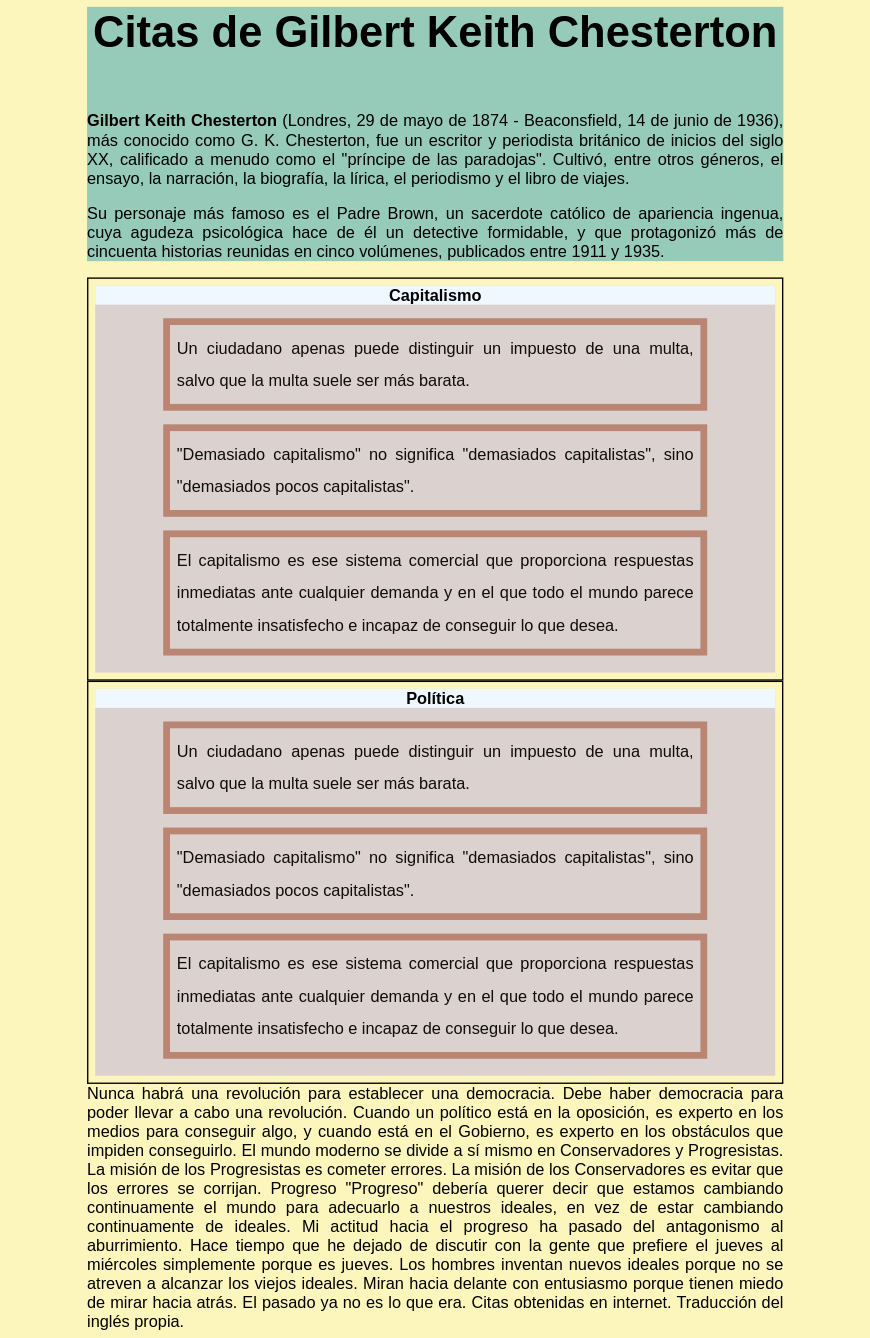
Repository: EmilyMachuca-Developer/Advanced-Programming-Projects
Page: index.html
An editor plug-in stored every save of this project. The page is shown before and after the next save, followed by the edit.
The browser window is 1280 px wide. The pictures show the whole page, at 68% of full size.

Above is the page before, as saved 2024-02-26 20:39:20.

After the next save:
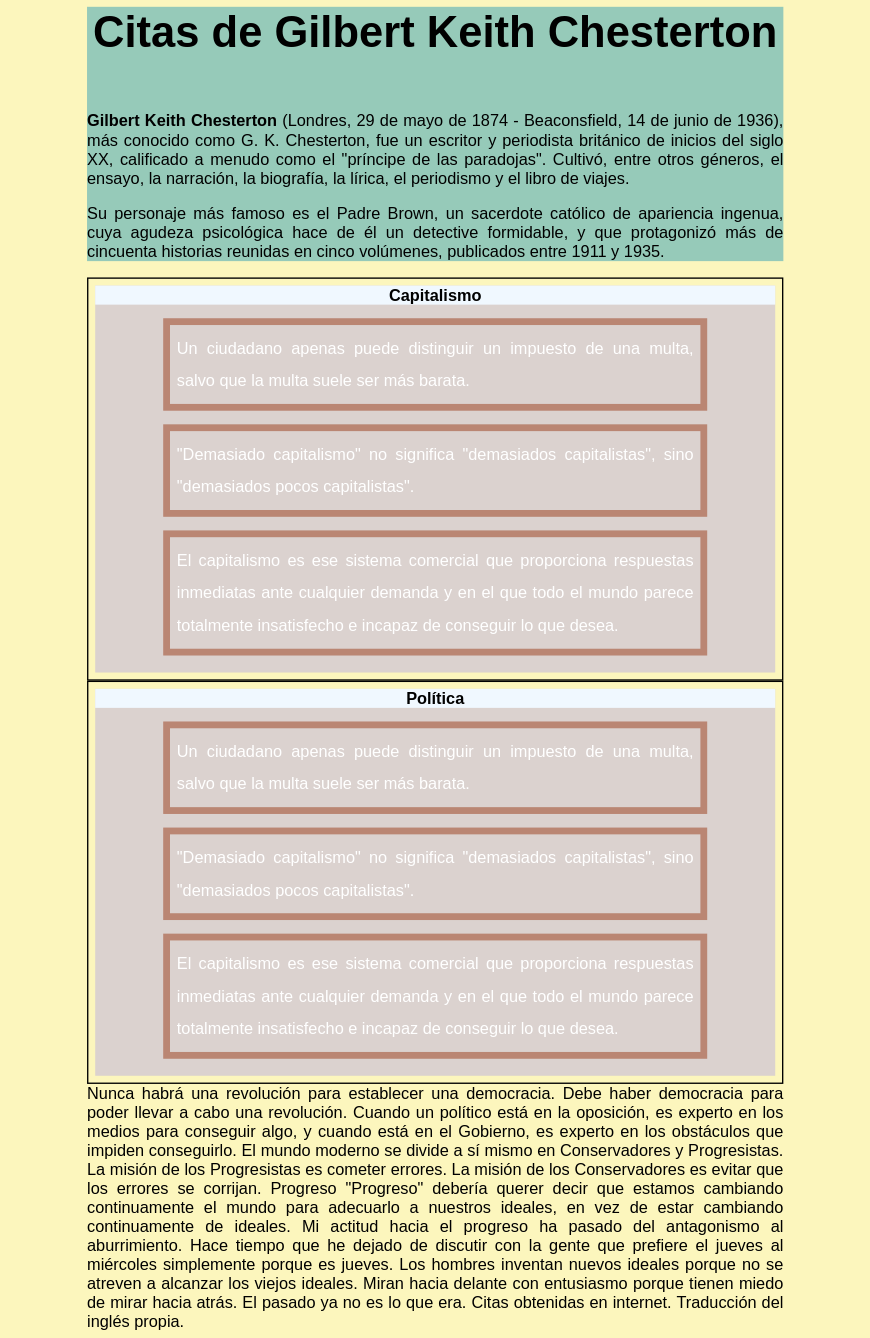
Saved 4 s later.
--- a/Taller 2/css/style.css
+++ b/Taller 2/css/style.css
@@ -43,7 +43,7 @@ body {
     border: hwb(16 45% 27%)10px solid;
     margin: 20px 10%;
     padding: 10px;
-    color: rgb(15, 12, 12);
+    color: white;
     line-height: 200%;
   }
 
